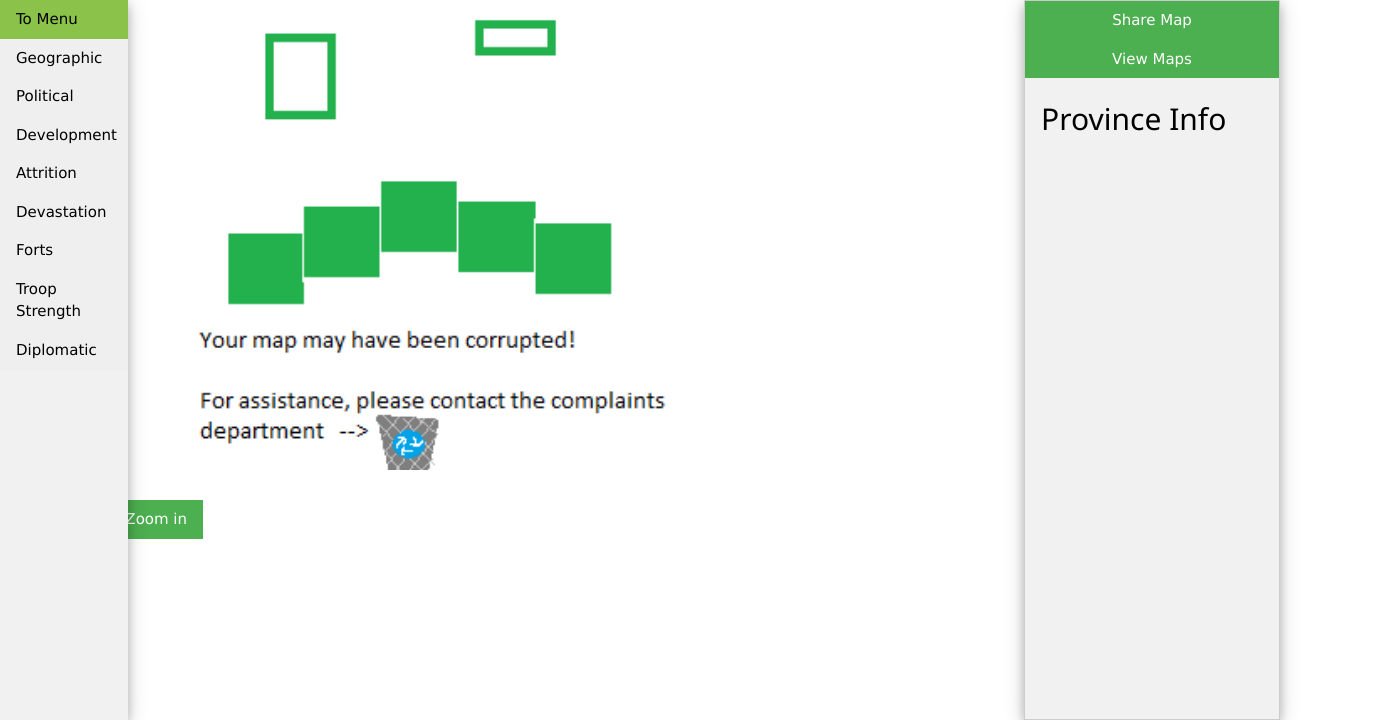
Repository: ReactorDevelopment/environment
Page: public/map.html
The author's editor kept a record of every edit. The page is drawn from the files as they stood at one moment, then again after the next edit.
The browser window is 1280 px wide. The page is 1280 px wide, then 1380 px, so the pictures cover 1380 px, including what lies to the right of the window. The pictures show the whole page.

Above is the page before.
Console error: SyntaxError: Identifier 'ALPHA' has already been declared

After the next edit:
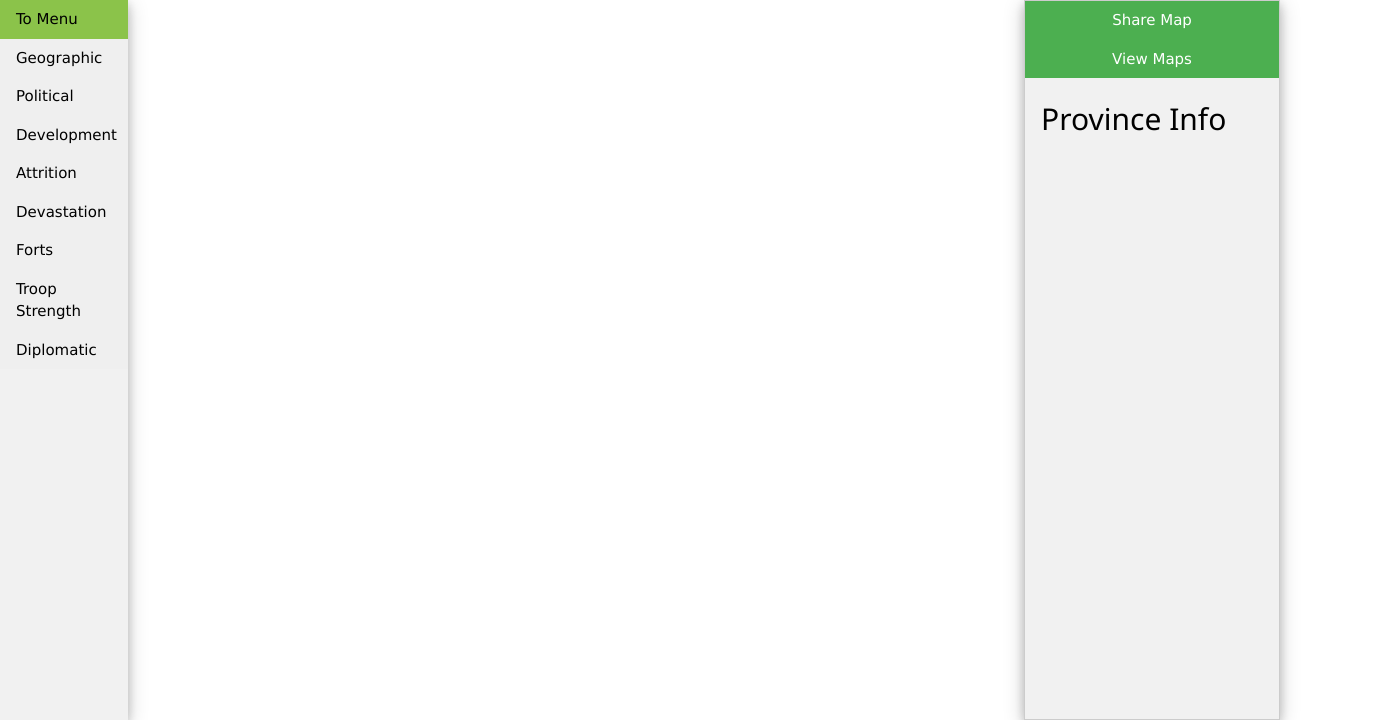
The edit:
--- a/public/map.html
+++ b/public/map.html
@@ -15,15 +15,6 @@
       <script src="Province.js"></script>
     </head>
     <body>
-      <div style="width: 100%">
-        <div class="container">
-            <div ondragstart="return false" class="drag-div initial-selected">
-                <img id="mapBackground" src="europe.png" style="width: 100%"/>
-            </div>
-        </div>
-        <input type="button" id="zoomout" class="w3-button w3-green w3-hover-light-green" value="Zoom out" onclick="zoom(0.5)">
-        <input type="button" id="zoomin" class="w3-button w3-green w3-hover-light-green" value="Zoom in" onclick="zoom(2)">
-      </div>
       <div class="w3-sidebar w3-light-grey w3-bar-block w3-card-4" style="width:10%; top:0">
         <button onclick="toMenu()" class=" w3-bar-item w3-button w3-green w3-hover-light-green">To Menu</button>
         <input type="button" id="geoMode" class="w3-bar-item w3-hover-green" value="Geographic" onclick="map.updateAllOverlays(0)">

After the edit that followed:
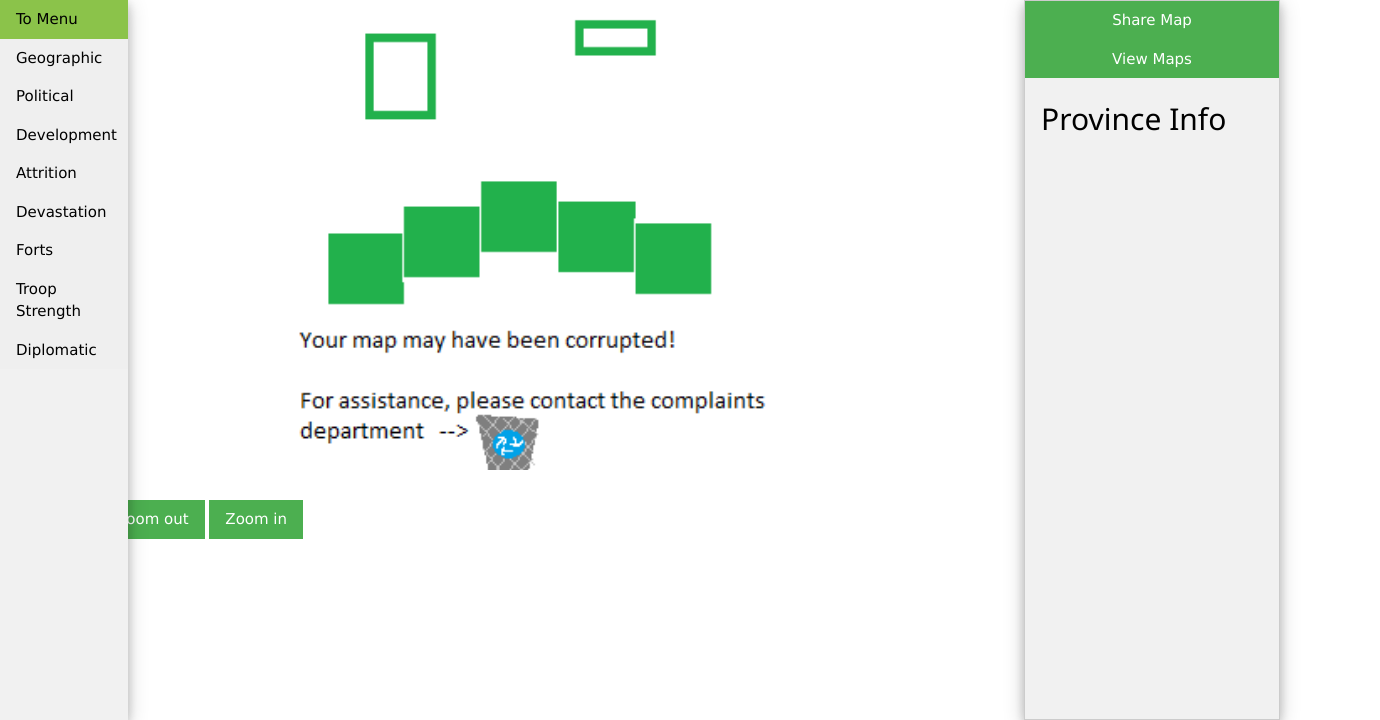
The edit:
--- a/public/map.html
+++ b/public/map.html
@@ -39,6 +39,15 @@
         <li id="provFrt" class="w3-bar-item"></li>
         <li id="provTroops" class="w3-bar-item"></li>
       </ul>
+      <div style="width: 100%; margin-left: 100px">
+        <div class="container">
+            <div ondragstart="return false" class="drag-div initial-selected">
+                <img id="mapBackground" src="europe.png" style="width: 100%"/>
+            </div>
+        </div>
+        <input type="button" id="zoomout" class="w3-button w3-green w3-hover-light-green" value="Zoom out" onclick="zoom(0.5)">
+        <input type="button" id="zoomin" class="w3-button w3-green w3-hover-light-green" value="Zoom in" onclick="zoom(2)">
+      </div>
     </body>
     <script>
       let dragItem = null;
